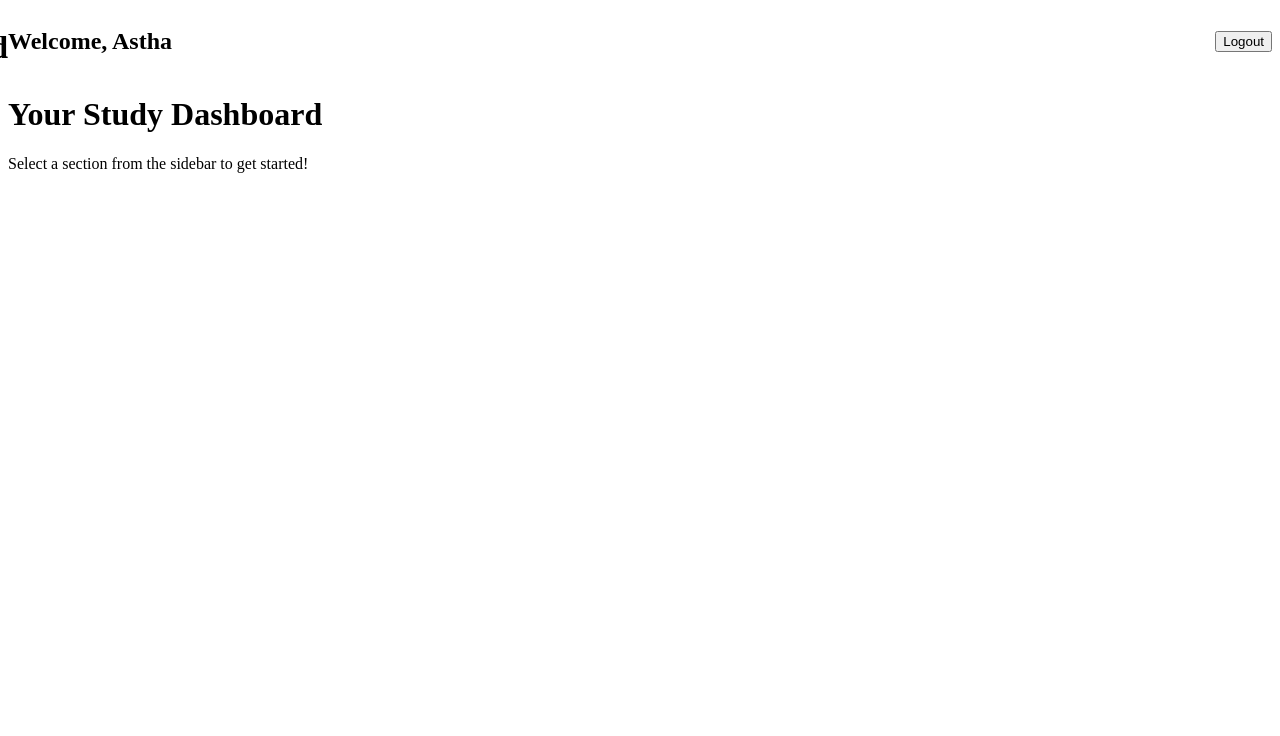
Repository: 7-astha-rajput/study-dashboard
Page: /dashboard (app in frontend/)
The author's editor kept a copy of each file at every save. The page is drawn from the files as they stood at one save, then again after the next save.
The browser window is 1280 px wide. The pictures show the whole page.
The project was rebuilt for these pictures with package versions that can differ from the ones it lists, and the page was loaded fresh each time. Also part of the build but not shown: frontend/vite.config.js, frontend/src/components/Input.jsx, frontend/src/components/Button.jsx, frontend/src/pages/Login.jsx, frontend/src/pages/Register.jsx.

Above is the page before, as saved 2025-09-14 20:17:07.

### frontend/src/App.jsx
import { BrowserRouter as Router, Routes, Route } from "react-router-dom";
import Login from "./pages/Login";
import Register from "./pages/Register";
import Dashboard from "./pages/Dashboard";

export default function App() {
  return (
    <Router>
      <Routes>
        <Route path="/" element={<Login />} />
        <Route path="/register" element={<Register />} />
        <Route path="/dashboard" element={<Dashboard />} />
      </Routes>
    </Router>
  );
}

### frontend/src/pages/Dashboard.jsx
import DashboardLayout from "../components/DashboardLayout";

export default function Dashboard() {
  return (
    <DashboardLayout>
      <h1 className="text-3xl font-bold mb-4">Your Study Dashboard</h1>
      <p>Select a section from the sidebar to get started!</p>
    </DashboardLayout>
  );
}

### frontend/src/components/DashboardLayout.jsx
import Sidebar from "./Sidebar";
import Navbar from "./Navbar";

export default function DashboardLayout({ children, user = "Astha" }) {
  return (
    <div className="flex min-h-screen">
      {/* Sidebar */}
      <Sidebar />

      {/* Main content */}
      <div className="flex-1 flex flex-col">
        <Navbar user={user} />
        <main className="p-6 bg-gray-100 flex-1">{children}</main>
      </div>
    </div>
  );
}

### frontend/src/components/Sidebar.jsx
import { NavLink } from "react-router-dom";

export default function Sidebar({ isOpen, toggle }) {
  const links = [
    { name: "Checklist", to: "/dashboard/checklist" },
    { name: "Pomodoro", to: "/dashboard/pomodoro" },
    { name: "Music", to: "/dashboard/music" },
    { name: "Progress", to: "/dashboard/progress" },
  ];

  return (
    <div
      className={`fixed inset-y-0 left-0 transform ${
        isOpen ? "translate-x-0" : "-translate-x-full"
      } md:translate-x-0 transition-transform duration-200 ease-in-out
      bg-indigo-700 text-white w-60 p-6 flex flex-col gap-4 z-50`}
    >
      <h1 className="text-2xl font-bold mb-6">Study Dashboard</h1>
      {links.map((link) => (
        <NavLink
          key={link.name}
          to={link.to}
          className={({ isActive }) =>
            `p-2 rounded hover:bg-indigo-800 block ${
              isActive ? "bg-indigo-900" : ""
            }`
          }
          onClick={toggle} // close on mobile after click
        >
          {link.name}
        </NavLink>
      ))}
    </div>
  );
}

### frontend/src/components/Navbar.jsx
export default function Navbar({ user }) {
  return (
    <div className="bg-white shadow-md p-4 flex justify-between items-center">
      <h2 className="text-xl font-semibold text-gray-800">Welcome, {user}</h2>
      <button className="bg-red-500 text-white px-3 py-1 rounded hover:bg-red-600">
        Logout
      </button>
    </div>
  );
}

Loaded but not shown: frontend/index.html (common file); frontend/src/main.jsx (common file); frontend/src/index.css (common file)

After the next save:
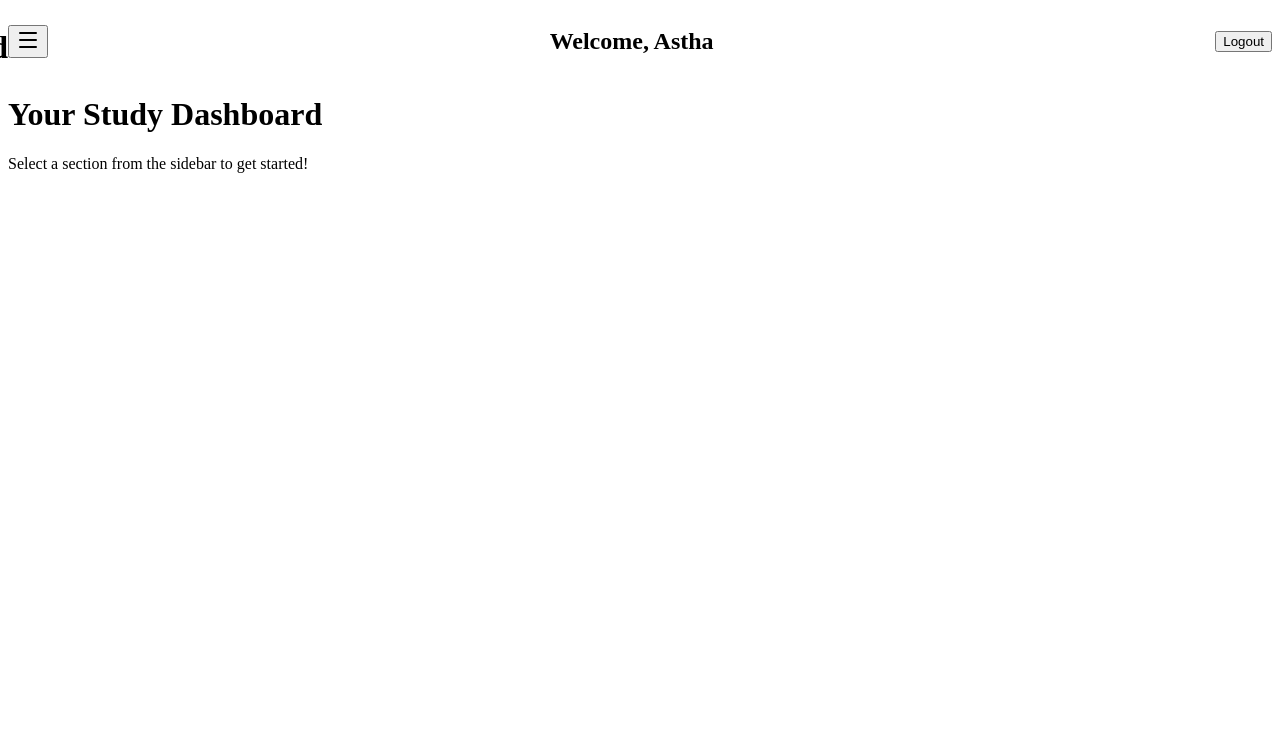
Saved 33 s later.
--- a/frontend/src/components/Navbar.jsx
+++ b/frontend/src/components/Navbar.jsx
@@ -1,6 +1,16 @@
-export default function Navbar({ user }) {
+import { Menu } from "lucide-react"; // npm install lucide-react
+
+export default function Navbar({ user, toggleSidebar }) {
   return (
     <div className="bg-white shadow-md p-4 flex justify-between items-center">
+      {/* Hamburger on mobile */}
+      <button
+        className="md:hidden p-2 rounded hover:bg-gray-200"
+        onClick={toggleSidebar}
+      >
+        <Menu className="w-6 h-6 text-gray-700" />
+      </button>
+
       <h2 className="text-xl font-semibold text-gray-800">Welcome, {user}</h2>
       <button className="bg-red-500 text-white px-3 py-1 rounded hover:bg-red-600">
         Logout

After the save that followed:
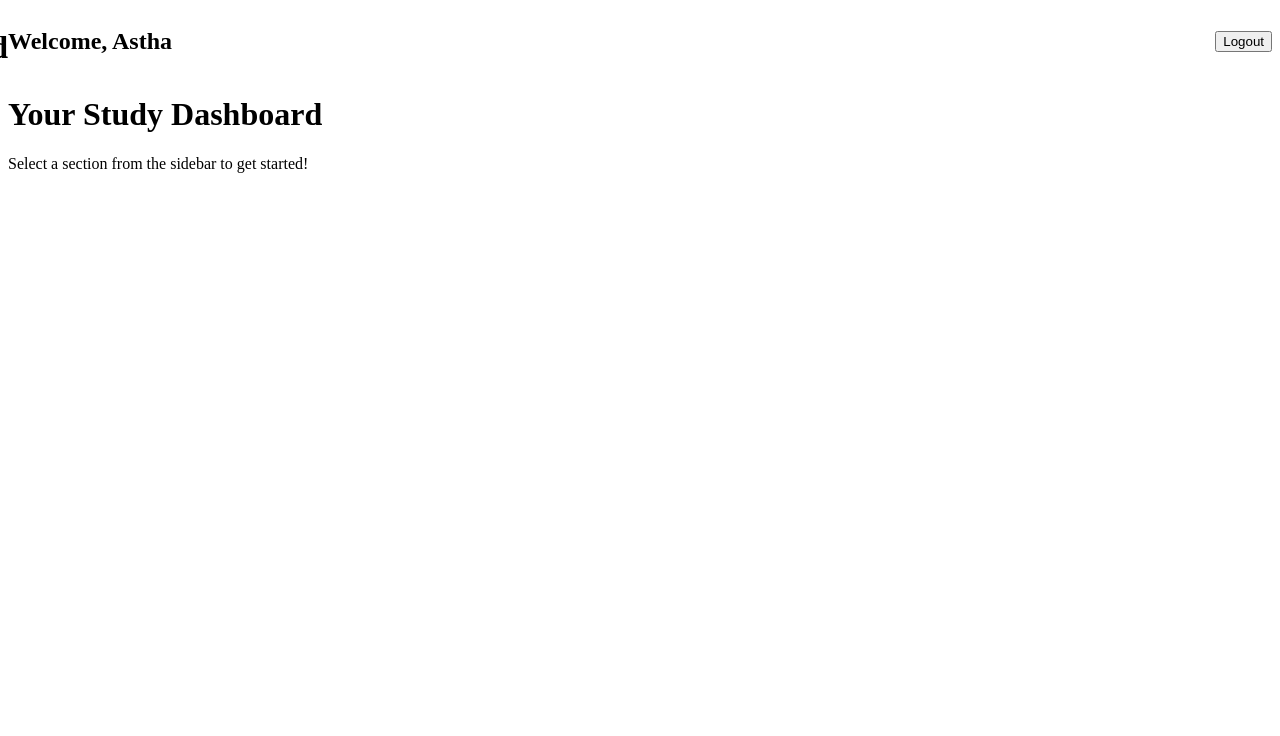
Saved 19 s later.
--- a/frontend/src/components/Navbar.jsx
+++ b/frontend/src/components/Navbar.jsx
@@ -1,16 +1,6 @@
-import { Menu } from "lucide-react"; // npm install lucide-react
-
-export default function Navbar({ user, toggleSidebar }) {
+export default function Navbar({ user }) {
   return (
     <div className="bg-white shadow-md p-4 flex justify-between items-center">
-      {/* Hamburger on mobile */}
-      <button
-        className="md:hidden p-2 rounded hover:bg-gray-200"
-        onClick={toggleSidebar}
-      >
-        <Menu className="w-6 h-6 text-gray-700" />
-      </button>
-
       <h2 className="text-xl font-semibold text-gray-800">Welcome, {user}</h2>
       <button className="bg-red-500 text-white px-3 py-1 rounded hover:bg-red-600">
         Logout
